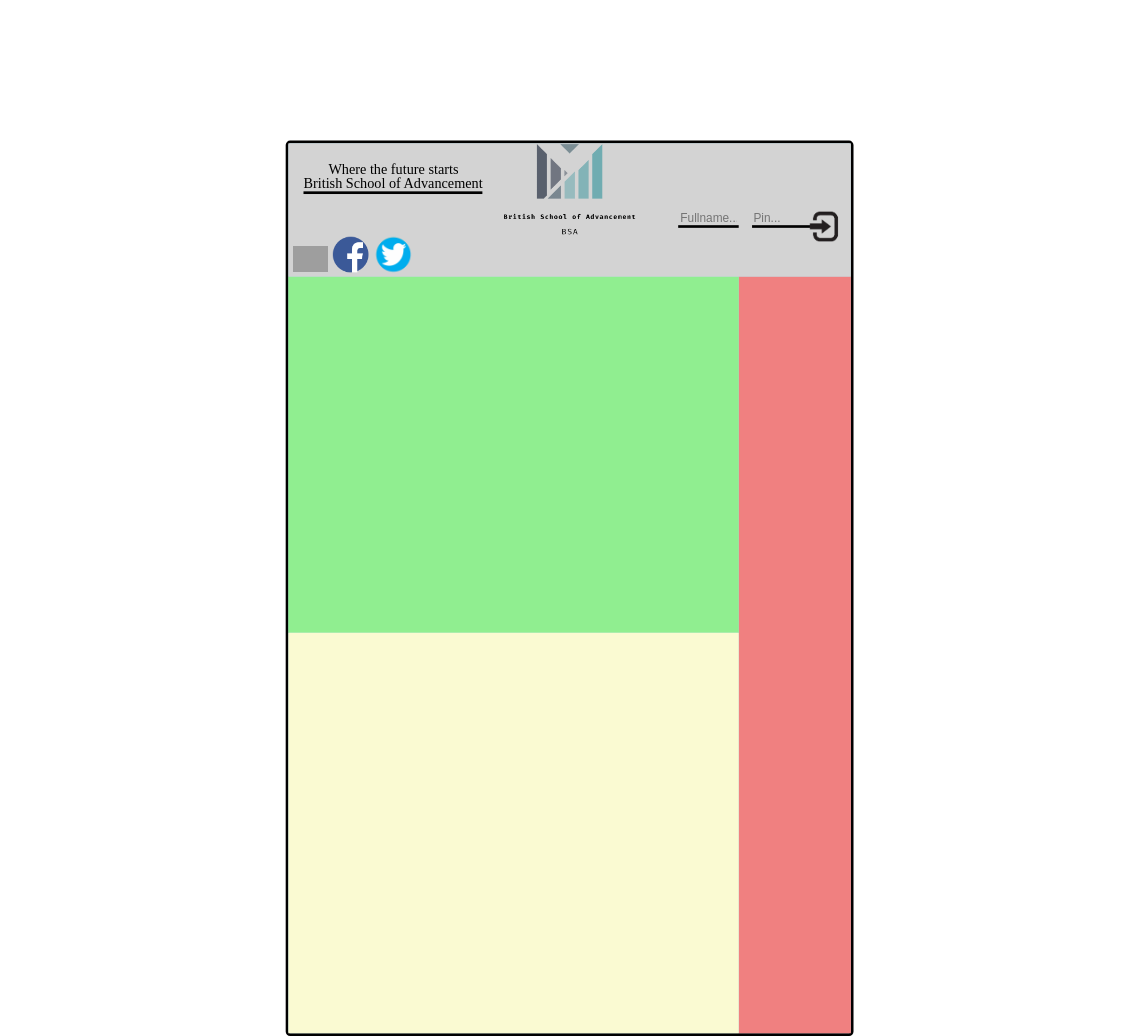
Repository: ghend99/School-app
Page: index.html
The author's editor kept a copy of each file at every save. The page is drawn from the files as they stood at one save, then again after the next save.
The browser window is 1280 px wide. The pictures show the whole page, at 89% of full size.
Pictures or frames that could not be fetched are drawn as grey boxes.

Above is the page before, as saved 2023-03-24 13:09:18.

### index.html
<!DOCTYPE html>
<html lang="en">
  <head>
    <meta charset="UTF-8" />
    <meta http-equiv="X-UA-Compatible" content="IE=edge" />
    <meta name="viewport" content="width=device-width, initial-scale=1.0" />
    <title>Document</title>
    <link rel="stylesheet" href="style.css" />
  </head>
  <body>
    <div id="main-container">
      <!-- Header -->
      <div id="header-container">
        <p class="header-school-name">British School of Advancement</p>
        <p class="header-school-slogan">Where the future starts</p>
        <img
          id="header-socials"
          class="header-linkedin"
          src="images/LinkedIn.png"
        />
        <img
          id="header-socials"
          class="header-facebook"
          src="images/Facebook.png"
        />
        <img
          id="header-socials"
          class="header-twitter"
          src="images/Twitter.png"
        />
        <img class="header-logo" src="images/logo.png" />
        <input
          id="header-login"
          class="header-login-fullname"
          type="text"
          placeholder="Fullname..."
        />
        <input
          id="header-login"
          class="header-login-pin"
          type="number"
          placeholder="Pin..."
        />
        <img class="header-login-button" src="images/login-button.png" />
        <img class="header-login-icon" src="images/login.png" />
      </div>

      <!-- Sidebar -->
      <div id="sidebar-container"></div>

      <!-- Student Information Container -->
      <div id="student-information-container"></div>

      <!-- Student Management Container -->
      <div id="student-management-container"></div>
    </div>

    <!-- Login Container -->
    <div id="login-container"></div>

    <div id="create-account-container"></div>

    <script src="main.js"></script>
  </body>
</html>

### style.css
#main-container {
  position: relative;
  max-width: 50%;
  min-width: 400px;
  height: 70vh;
  min-height: 1000px;
  top: 150px;
  margin-left: auto;
  margin-right: auto;
  background-color: lightblue;
  border: solid;
  border-radius: 5px;
}

#header-container {
  position: relative;
  width: 100%;
  max-height: 15%;
  min-height: 150px;
  background-color: lightgray;
}

.header-school-name {
  position: absolute;
  top: 20px;
  left: 17px;
  font-size: clamp(1rem, 1vw, 2rem);
  border-bottom: solid;
}

.header-school-slogan {
  position: absolute;
  top: clamp(5px, 1%, 61px);
  left: clamp(45px, 5%, 70px);
  font-size: clamp(0.9rem, 1.5vw, 1rem);
}

#header-socials {
  position: absolute;
  width: 40px;
  bottom: 5px;
}

.header-linkedin {
  left: 5px;
}

.header-facebook {
  left: clamp(50px, 7%, 60px);
}

.header-twitter {
  left: clamp(98px, 9%, 110px);
}

.header-logo {
  margin-left: auto;
  margin-right: auto;
  display: block;
  width: 150px;
  height: 100%;
}

#header-login {
  position: absolute;
  max-width: 10%;
  min-width: 5%;
  top: 50%;
  margin: 0;
  background-color: transparent;
  text-decoration: none;
  border: none;
  border-bottom: solid;
}

.header-login-fullname {
  right: 20%;
}

.header-login-pin {
  right: 7%;
}

.header-login-button {
  position: absolute;
  right: 5px;
  width: 50px;
  top: 45%;
}

.header-login-icon {
  display: none;
}
#sidebar-container {
  position: absolute;
  max-width: 30%;
  min-width: 20%;
  height: 85%;
  right: 0;
  flex-direction: column;
  background-color: lightcoral;
}

#student-information-container {
  position: relative;
  max-width: 80%;
  min-width: 50%;
  height: 40%;
  top: 0;
  background-color: lightgreen;
}

#student-management-container {
  position: relative;
  max-width: 80%;
  min-width: 50%;
  height: 45%;
  bottom: 0;
  background-color: lightgoldenrodyellow;
}

#login-container {
  position: absolute;
  top: 50%;
  left: 50%;
  transform: translate(-50%, -50%);
  max-width: 70%;
  min-width: 400px;
  height: 40vh;
  opacity: 0;
  background-color: aliceblue;
}

#create-account-container {
  position: absolute;
  top: 50%;
  left: 50%;
  transform: translate(-50%, -50%);
  max-width: 70%;
  min-width: 420px;
  height: 50vh;
  opacity: 0;
  background-color: aliceblue;
}

@media screen and (min-width: 0) and (max-width: 1200px) {
  .header-logo {
    display: none;
  }

  #header-login {
    display: none;
  }

  .header-login-button {
    display: none;
  }

  .header-login-icon {
    position: absolute;
    display: flex;
    right: 5px;
    width: 50px;
    top: 45%;
  }
}

Loaded but not shown: js/main.js (no copy from this time; the picture is the same without it)

After the next save:
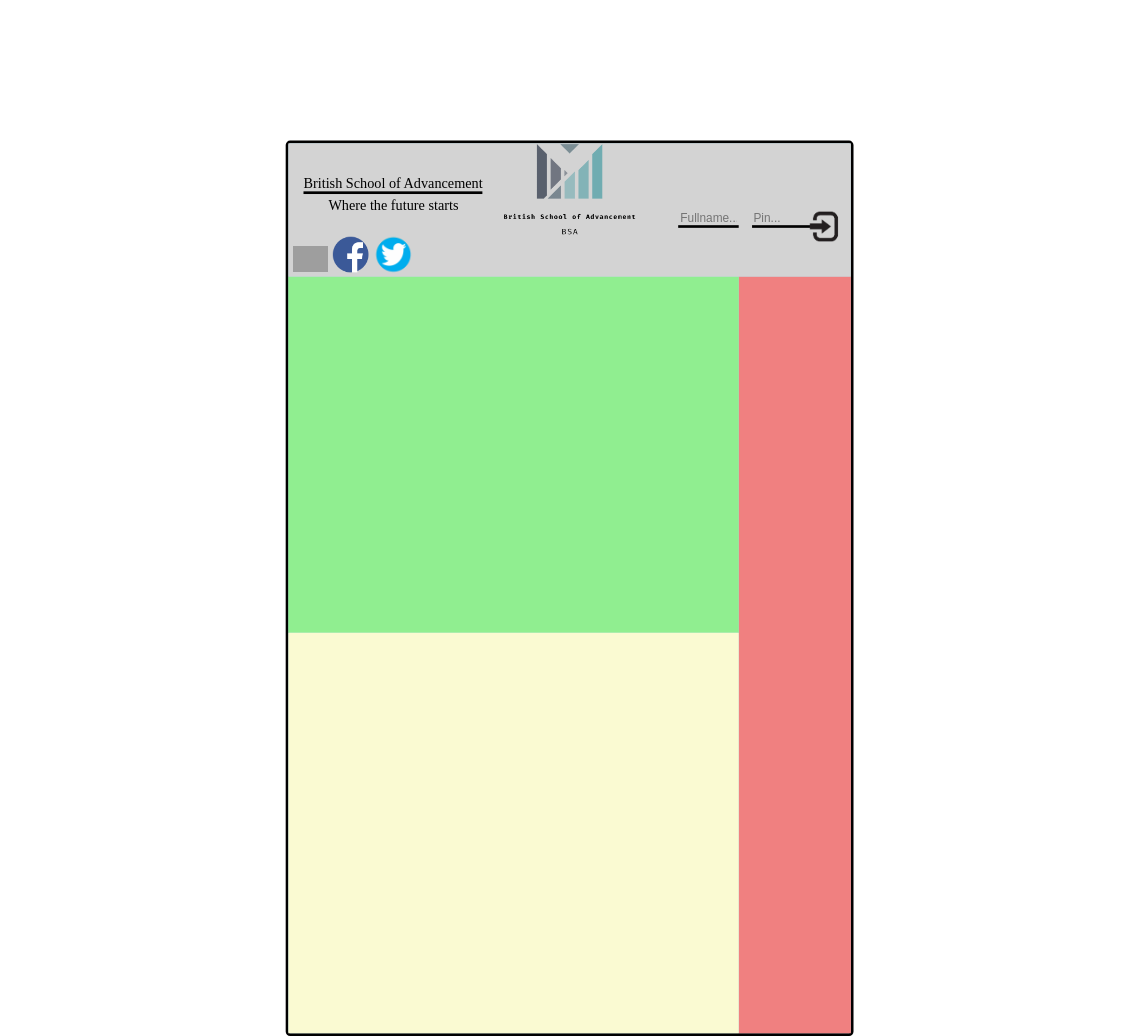
Saved 10 s later.
--- a/style.css
+++ b/style.css
@@ -30,7 +30,7 @@
 
 .header-school-slogan {
   position: absolute;
-  top: clamp(5px, 1%, 61px);
+  top: clamp(45px, 1%, 61px);
   left: clamp(45px, 5%, 70px);
   font-size: clamp(0.9rem, 1.5vw, 1rem);
 }
